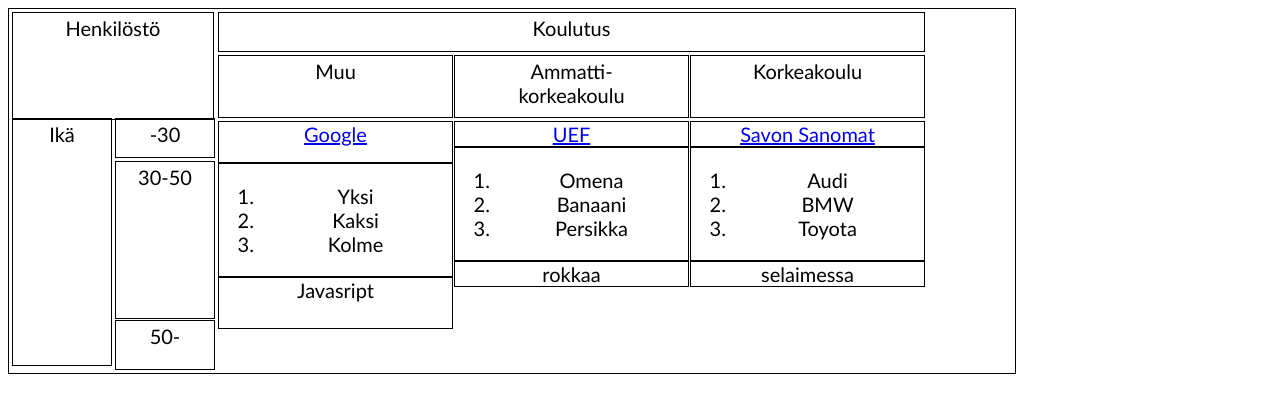
Repository: Niina-Maria/tehtavat-12-17-Niina-Maria2
Page: teht14.html
An editor plug-in stored every save of this project. The page is shown before and after the next save, followed by the edit.
The browser window is 1280 px wide. The pictures show the whole page.

Above is the page before, as saved 2024-11-18 16:05:47.

### teht14.html
<!DOCTYPE html>
<html>
    <head><link rel="stylesheet" href="teht14.css"></head>
    <body>
        <div class="grid-container">

                <div class="header">Henkilöstö</div>
                <div class="header2">Koulutus</div>

                <div class="main">Muu</div>
                <div class="main2">Ammatti-<br>korkeakoulu</div>
                <div class="main3">Korkeakoulu</div>


                <div class="navMain">Ikä</div>
                <div class="navMain2">-30</div>
                <div class="navMain3">30-50</div>
                <div class="navMain4">50-</div>

                <div>
                <div class="main4"><a href="www.google.com">Google</a></div>
                <div class="main7">
                    <ol>
                        <li>Yksi</li>
                        <li>Kaksi</li>
                        <li>Kolme</li>
                    </ol>
                </div>
                <div class="footer">Javasript</div>
            </div>

                <div>
                <div class="main5"><a href="https://www.uef.fi/fi">UEF</a></div>
                <div class="main8">
                    <ol>
                    <li>Omena</li>
                    <li>Banaani</li>
                    <li>Persikka</li>
                </ol>
                </div>
                <div class="footer2">rokkaa</div>
            </div>
            <div>

                <div class="main6"><a href="https://www.savonsanomat.fi/">Savon Sanomat</a></div>
                <div class="main9">
                    <ol>
                        <li>Audi</li>
                        <li>BMW</li>
                        <li>Toyota</li>
                    </ol>
                </div>
                <div class="footer3">selaimessa</div>
            </div>





             <!--    <div class="main7">
                    <ol>
                        <li>Yksi</li>
                        <li>Kaksi</li>
                        <li>Kolme</li>
                    </ol>
                </div> -->

               <!--  <div class="main8">
                    <ol>
                    <li>Omena</li>
                    <li>Banaani</li>
                    <li>Persikka</li>
                </ol>
                </div> -->


          <!--       <div class="main9">
                    <ol>
                        <li>Audi</li>
                        <li>BMW</li>
                        <li>Toyota</li>
                    </ol>
                </div> -->


                <!-- <div class="footer">Javasript</div> -->
                <!-- <div class="footer2">rokkaa</div> -->
                <!-- <div class="footer3">selaimessa</div>    -->
            </div>


        </body>
    </html>



            <!-- <tr>
                <tr>
                    <th rowspan="6">Ikä</th>
                    <th >-30</th>
                    <td><a href="www.google.com">Google</a></td>
                    <td><a href="https://www.uef.fi/fi">UEF</a></td>
                    <td><a href="https://www.savonsanomat.fi/">Savon Sanomat</a></td>
                </tr>
                <tr>
                    <th>30-50</th>
                    <td>
                        <ol>
                            <li>Yksi</li>
                            <li>Kaksi</li>
                            <li>Kolme</li>
                        </ol>
                    </td>
                    <td>
                        <ol>
                            <li>Omena</li>
                            <li>Banaani</li>
                            <li>Persikka</li>
                        </ol>
                    </td>
                    <td>
                        <ol>
                            <li>Audi</li>
                            <li>BMW</li>
                            <li>Toyota</li>
                    </ol>
                    </td>
                </tr>

                <tr>
                    <th>50-</th>
                    <td style="font-size:30px; "><strong><em>Javascript</em></strong></td>
                    <td style="font-size:30px; "><strong><em>rokkaa</em></strong></td>
                    <td style="font-size:30px; "><strong><em>selaimessa</em></strong></td>
                </tr>
            </tr> -->

### teht14.css

.grid-container{
    display: grid;
    width: 1000px;
    grid-template-columns: 100px 100px 233px 233px 233px;
    grid-template-areas:
    "header header header2 header2 header2"
    "header header main main2 main3"
    "navMain navMain2 main4 main5 main6"
    "navMain navMain3 main7 main8 main9"
    "navMain navMain3 main7 main8 main9"
    "navMain navMain3 main7 main8 main9"
    "navMain navMain4 footer footer2 footer3";
    grid-template-rows: 40px 60px 40px 50px 50px 50px 50px;
    gap: 3px;
    border-width: 1px;
    border-style: solid;
    padding: 3px;
    }

.grid-container > div {
    text-align: center;
    font-size: 20px;
    padding: 3px 0;

}

.header {
    grid-area: header;
    grid-column: 1/span2;
    grid-row: 1/span 2;
    border-width: 1px;
    border-style: solid;
    font-size: 20px;
    font-family: 'Gill Sans', 'Gill Sans MT', Calibri, 'Trebuchet MS', sans-serif;
    font-style: bold;
    text-align: center;
    height: 100px;
    width: 20%;
    }

.header2 {
    grid-area: header2;
    grid-column: 3/span 3;
    grid-row: 1/span 1;
    font-size: 20px;
    font-family: 'Gill Sans', 'Gill Sans MT', Calibri, 'Trebuchet MS', sans-serif;
    font-style: bold;
    text-align: center;
    border-width: 1px;
    border-style: solid;
    width: 100%;
    /* height: 40px; */
    }

.navMain{
    grid-area: navMain;
    grid-column: 1;
    grid-row: 3/span 4;
    font-size: 20px;
    font-family: 'Gill Sans', 'Gill Sans MT', Calibri, 'Trebuchet MS', sans-serif;
    font-style: bold;
    text-align: center;
    width: 30%px;
    height: 240px;
    border-width: 1px;
    border-style: solid;
}

.navMain2 {
    grid-area: navMain2;
    grid-column: 2 ;
    grid-row: 3;
    font-size: 20px;
    font-family: 'Gill Sans', 'Gill Sans MT', Calibri, 'Trebuchet MS', sans-serif;
    font-style: bold;
    text-align: center;
    width: 98%;
    /* height: 40px; */
    border-width: 1px;
    border-style: solid;
}


.main{
    grid-area: main;
    grid-column: 3;
    grid-row: 2;
    font-size: 20px;
    font-family: 'Gill Sans', 'Gill Sans MT', Calibri, 'Trebuchet MS', sans-serif;
    font-style: bold;
    text-align: center;
    border-width: 1px;
    border-style: solid;
    height: 55px;
    width: 233px;

}

.main2 {
    grid-area: main2;
    grid-column: 4;
    grid-row: 2;
    font-size: 20px;
    font-family: 'Gill Sans', 'Gill Sans MT', Calibri, 'Trebuchet MS', sans-serif;
    font-style: bold;
    text-align: center;
    border-width: 1px;
    border-style: solid;
    height: 55px;
    width: 233px;
}

.main3{
    grid-area: main3;
    grid-column: 5;
    grid-row: 2;
    font-size: 20px;
    font-family: 'Gill Sans', 'Gill Sans MT', Calibri, 'Trebuchet MS', sans-serif;
    font-style: bold;
    text-align: center;
    border-width: 1px;
    border-style: solid;
    height: 55px;
    width: 233px;
}



.main4 {
    grid-area: main4;
    grid-column: 3;
    grid-row: 3;
    font-size: 20px;
    font-family: 'Gill Sans', 'Gill Sans MT', Calibri, 'Trebuchet MS', sans-serif;
    font-style: bold;
    text-align: center;
    border-width: 1px;
    border-style: solid;
    height: 40px;
    width: 233px;
}

.main5{
    grid-area: main5;
    grid-column: 4;
    grid-row: 3;
    font-size: 20px;
    font-family: 'Gill Sans', 'Gill Sans MT', Calibri, 'Trebuchet MS', sans-serif;
    font-style: bold;
    text-align: center;
    border-width: 1px;
    border-style: solid;
    /* height: 40px; */
    width: 233px;
}
.main6{
    grid-area: main6;
    grid-column: 5;
    grid-row: 3;
    font-size: 20px;
    font-family: 'Gill Sans', 'Gill Sans MT', Calibri, 'Trebuchet MS', sans-serif;
    font-style: bold;
    text-align: center;
    border-width: 1px;
    border-style: solid;
    /* height: 40px; */
    width: 233px;
}


.navMain3 {
        grid-area: navMain3;
        grid-column: 2;
        grid-row: 4/span 3;
        font-size: 20px;
        font-family: 'Gill Sans', 'Gill Sans MT', Calibri, 'Trebuchet MS', sans-serif;
        font-style: bold;
        text-align: center;
        width: 98px;
        height: 150px;
        border-width: 1px;
        border-style: solid;
        gap: 3px;
    }

.main7{
        grid-area: main7;
        grid-column: 3;
        grid-row: 4/span 3;
        font-size: 20px;
        font-family: 'Gill Sans', 'Gill Sans MT', Calibri, 'Trebuchet MS', sans-serif;
        font-style: bold;
        text-align: center;
        border-width: 1px;
        border-style: solid;
        /* height: 150px; */
        width: 233px;
    }

.main8{
        grid-area: main8;
        grid-column: 4;
        grid-row: 1/span 3;
        font-size: 20px;
        font-family: 'Gill Sans', 'Gill Sans MT', Calibri, 'Trebuchet MS', sans-serif;
        font-style: bold;
        text-align: center;
        border-width: 1px;
        border-style: solid;
        /* height: 150px; */
        width: 233px;
    }


    .main9{
        grid-area: main9;
        grid-column: 5;
        grid-row: 4/span 3;
        font-size: 20px;
        font-family: 'Gill Sans', 'Gill Sans MT', Calibri, 'Trebuchet MS', sans-serif;
        font-style: bold;
        text-align: center;
        border-width: 1px;
        border-style: solid;
        /* height: 150px; */
        width: 233px;
    }

    .navMain4 {
        grid-area: navMain4;
        grid-column: 2/span 1;
        grid-row: 7/span 1;
        font-size: 20px;
        font-family: 'Gill Sans', 'Gill Sans MT', Calibri, 'Trebuchet MS', sans-serif;
        font-style: bold;
        text-align: center;
        width: 98px;
        /* height: 50px; */
        border-width: 1px;
        border-style: solid;
    }
    .footer {
        grid-area: footer;
        grid-column: 3;
        grid-row: 7/span 1;
        font-size: 20px;
        font-family: 'Gill Sans', 'Gill Sans MT', Calibri, 'Trebuchet MS', sans-serif;
        font-style: bold;
        text-align: center;
        width: 233px;
        height: 50px;
        border-width: 1px;
        border-style: solid;
    }

    .footer2 {
        grid-area: footer2;
        grid-column: 4;
        grid-row: 7/span 1;
        font-size: 20px;
        font-family: 'Gill Sans', 'Gill Sans MT', Calibri, 'Trebuchet MS', sans-serif;
        font-style: bold;
        text-align: center;
        width: 233px;
        /* height: 50px; */
        border-width: 1px;
        border-style: solid;
    }

    .footer3 {
        grid-area: footer3;
        grid-column: 5;
        grid-row: 7/span 1;
        font-size: 20px;
        font-family: 'Gill Sans', 'Gill Sans MT', Calibri, 'Trebuchet MS', sans-serif;
        font-style: bold;
        text-align: center;
        width: 233px;
        /* height: 50px; */
        border-width: 1px;
        border-style: solid;
    }

After the next save:
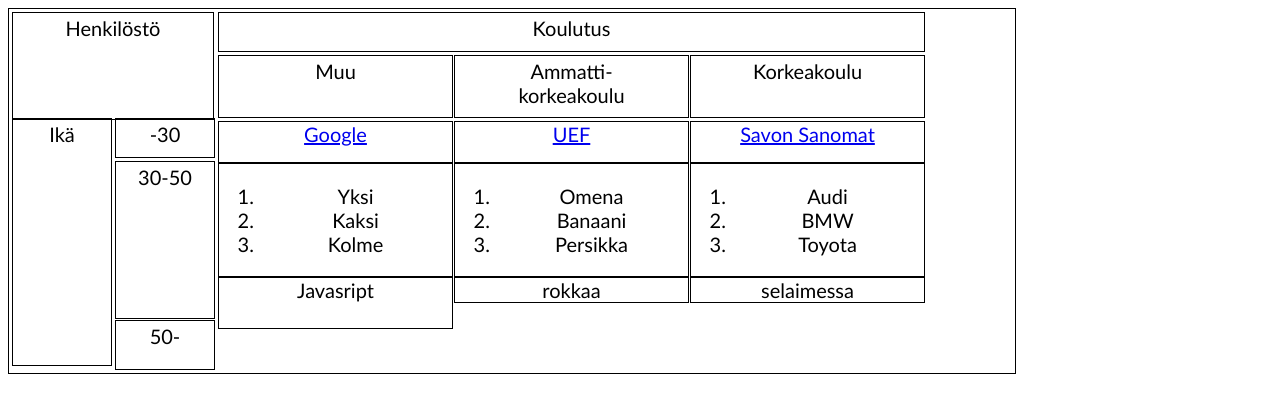
Saved 37 s later.
--- a/teht14.css
+++ b/teht14.css
@@ -151,7 +151,7 @@
     text-align: center;
     border-width: 1px;
     border-style: solid;
-    /* height: 40px; */
+    height: 40px;
     width: 233px;
 }
 .main6{
@@ -164,7 +164,7 @@
     text-align: center;
     border-width: 1px;
     border-style: solid;
-    /* height: 40px; */
+    height: 40px;
     width: 233px;
 }
 
